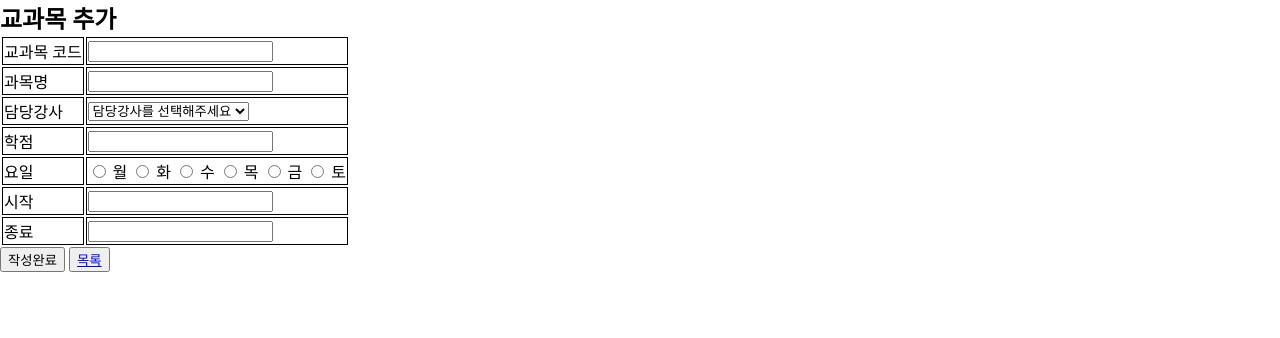
Repository: Tor1a/SpringSet
Page: http://localhost/practice02/WEB-INF/views/course/add.jsp
These files come from the project's save history. The page is drawn as it stood at one moment and after the next save; the edit follows.
The browser window is 1280 px wide. The pictures show the whole page.
The page is served by Tomcat 9. Nobody is signed in. The template is opened directly, without the code that normally fills it, so the values that code supplies are empty.

Above is the page before, as saved 2022-04-14 04:05:32.

After the next save:
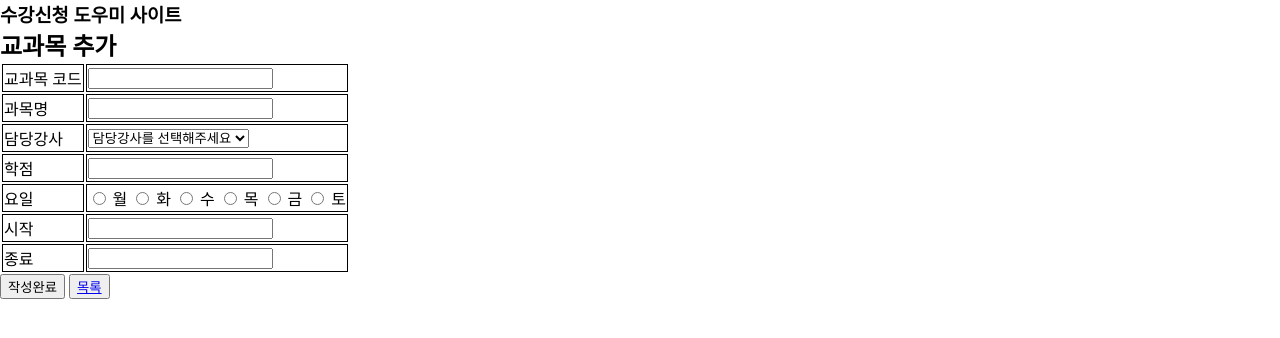
Saved 63 s later.
--- a/practice02/src/main/webapp/WEB-INF/views/course/add.jsp
+++ b/practice02/src/main/webapp/WEB-INF/views/course/add.jsp
@@ -16,6 +16,10 @@
 <title>수강신청 도우미 사이트</title>
 </head>
 <body>
+<header>
+   		<h3>수강신청 도우미 사이트</h3>
+   </header>
+
 	 <h2>교과목 추가</h2>
 	 <form id="courseAdd" action="courseAdd.do" method="POST">
 	 	<table class=".adTb">
